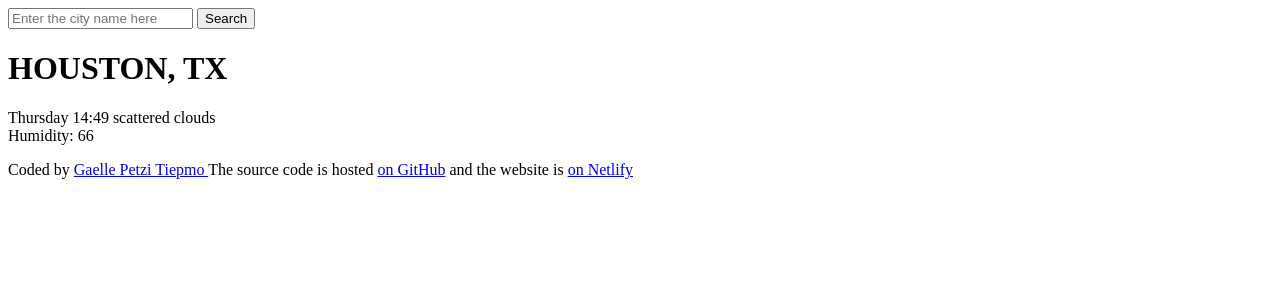
Repository: OnwardForward/meteo.by.gaelle
Page: meteo.appbygaelle.html
An editor plug-in stored every save of this project. The page is shown before and after a run of saves, followed by the edit.
The browser window is 1280 px wide. The pictures show the whole page.

Above is the page before, as saved 2024-04-18 13:55:56.

### meteo.appbygaelle.html
<!DOCTYPE html>
<html lang="en">
<head>
    <meta charset="UTF-8">
    <meta name="viewport" content="width=device-width, initial-scale=1.0">
    <title>Meteo By Gaelle</title>
</head>
<body>
   <header>
    <form>
        <input type="search" placeholder="Enter the city name here" required />
        <input type="submit" value="Search" />
    </form>
   </header>
   <main>
    <div>
        <h1>HOUSTON, TX</h1>
        <p>
            Thursday 14:49 scattered clouds
            <br />
            Humidity: 66
        </p>
    </div>
   </main>




</body>
<footer>
    Coded by <a href="https://github.com/OnwardForward" target="_blank"> Gaelle Petzi Tiepmo </a>
    The source code is hosted <a href="https://github.com/OnwardForward/meteo.by.gaelle" target="_blank">on GitHub</a>
    and the website is <a href="https://meteo-app-by-gaellept.netlify.app/" target="_blank"> on Netlify</a>
</footer>
</html>

After the next 3 saves:
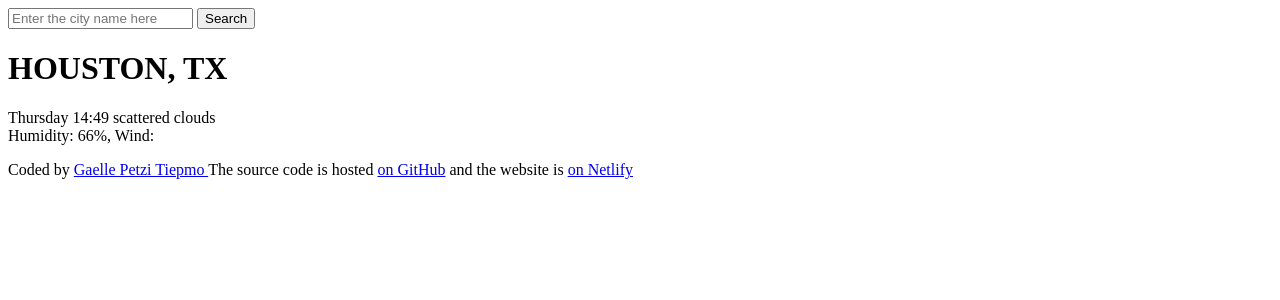
The 3 saves are shown as one change because they came seconds apart.
The last was saved 10 s later.
--- a/meteo.appbygaelle.html
+++ b/meteo.appbygaelle.html
@@ -18,7 +18,7 @@
         <p>
             Thursday 14:49 scattered clouds
             <br />
-            Humidity: 66
+            Humidity: 66%, Wind:
         </p>
     </div>
    </main>
